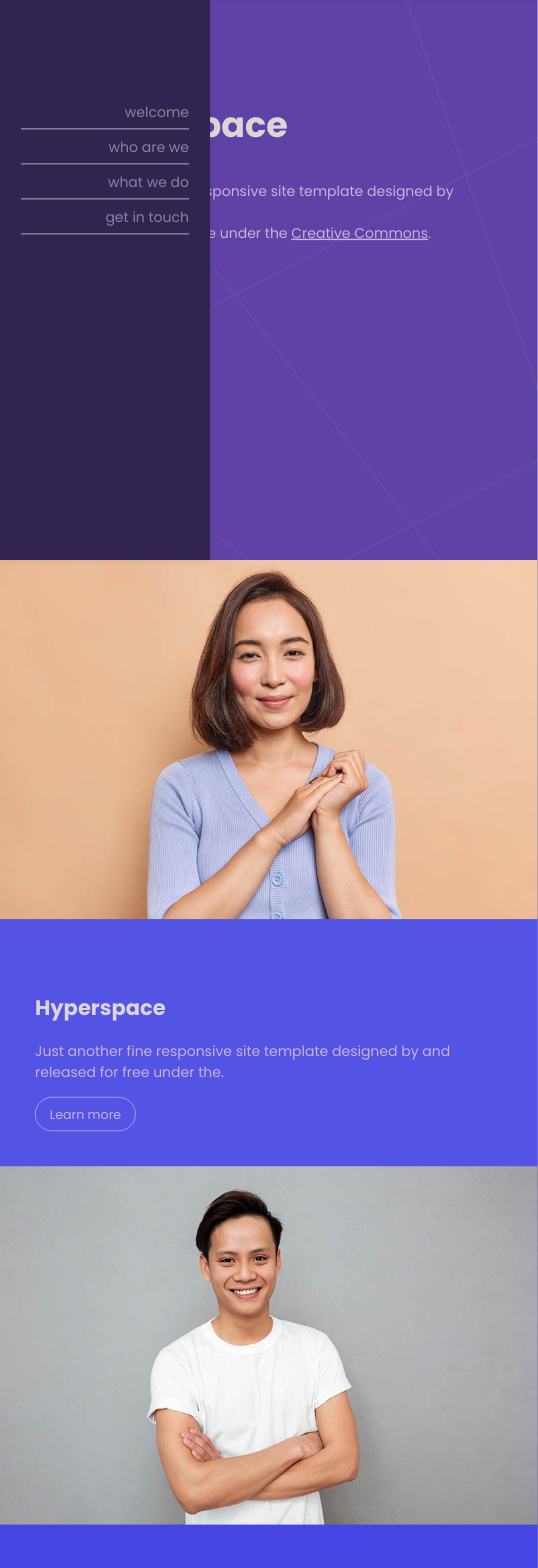
Repository: zai31/KIMIT_Tasks
Page: JsSession8/index.html
The author's editor kept a copy of each file at every save. The page is drawn from the files as they stood at one save, then again after a run of saves.
The browser window is 768 px wide. The pictures show the part of the page from y = 0 to 2240 px (the page is 6136 px tall before and 6206 px after), at 70% of full size.
Backgrounds fixed to the window are drawn as part of the page.

Above is the page before, as saved 2025-09-17 15:41:18.

### JsSession8/index.html
<!DOCTYPE html>
<html lang="en">
<head>
    <meta charset="UTF-8">
    <meta name="viewport" content="width=device-width, initial-scale=1.0">
    <link rel="stylesheet" href="./css/style.css">
	<link href="https://cdnjs.cloudflare.com/ajax/libs/font-awesome/6.5.2/css/all.min.css" rel="stylesheet">

    <title>Responsive</title>
</head>

<body>
    <section  class="flex-section">
        <div class="menu">
        <ul>
            <li><a href="#">welcome</a></li>
            <li><a href="#">who are we</a></li>
            <li><a href="#">what we do</a></li>
            <li><a href="#">get in touch</a></li>
        </ul>
</div>
<div class="section">
    <div class="content">
      <div class="intro">
							<h1>Hyperspace</h1>
							<p>Just another fine responsive site template designed by <a href="https://html5up.net">HTML5 UP</a><br>
							and released for free under the <a href="https://html5up.net/license">Creative Commons</a>.</p>
							<button>Learn more</button>

						</div>
    <div class="overview">
        <div class="s" style="background-color: rgb(83, 83, 228);">
           <img src="./images/1.jpg" alt="">

							<div ><h1>Hyperspace</h1>
                                <p>Just another fine responsive site template designed by
							and released for free under the.</p>
							<button>Learn more</button></div>
        </div>
        <div class="s" style="background-color: rgb(69, 69, 226);">
            <img src="./images/2.jpg" alt="">
							<div >
                                           	<h1>Hyperspace</h1>
<p>Just another fine responsive site template designed by
							and released for free under the.</p>
							<button>Learn more</button></div>
        </div>
        <div class="s" style="background-color: rgb(54, 54, 213);">
            <img src="./images/3.jpg" alt="">
							<div >
                                           	<h1>Hyperspace</h1>
<p>Just another fine responsive site template designed by
							and released for free under the.</p>
							<button>Learn more</button></div>
        </div>
    <div class="what">
							<h2 style="font-size: 30px;">What we do</h2>
							<p>Phasellus convallis elit id ullamcorper pulvinar. Duis aliquam turpis mauris, eu ultricies erat malesuada quis. Aliquam dapibus, lacus eget hendrerit bibendum, urna est aliquam sem, sit amet imperdiet est velit quis lorem.</p>
							<div class="features">
								<section style="border-radius:5px 0px 0px 0 ;">
									<span style="color: rgba(255, 255, 255, 0.759); font-size: 30px;" class="fa-solid fa-lock"></span>
									<h3 >Lorem ipsum amet</h3>
									<p>Phasellus convallis elit id ullam corper amet et pulvinar. Duis aliquam turpis mauris, sed ultricies erat dapibus.</p>
								</section>
								<section style="border-radius:0 5px 0px 0 ;">
									<span style="color: rgba(255, 255, 255, 0.759); font-size: 30px;" class="fa-solid fa-lock"></span>
									<h3>Aliquam sed nullam</h3>
									<p>Phasellus convallis elit id ullam corper amet et pulvinar. Duis aliquam turpis mauris, sed ultricies erat dapibus.</p>
								</section>
								<section>
									<span style="color: rgba(255, 255, 255, 0.759); font-size: 30px;" class="fa-solid  fa-cog"></span>
									<h3>Sed erat ullam corper</h3>
									<p>Phasellus convallis elit id ullam corper amet et pulvinar. Duis aliquam turpis mauris, sed ultricies erat dapibus.</p>
								</section>
								<section>
									<span style="color: rgba(255, 255, 255, 0.759); font-size: 30px;" class="fa-solid fa-desktop"></span>
									<h3>Veroeros quis lorem</h3>
									<p>Phasellus convallis elit id ullam corper amet et pulvinar. Duis aliquam turpis mauris, sed ultricies erat dapibus.</p>
								</section>
								<section style="border-radius:0 0px 0px 5px  ;">
									<span class="fa-solid fa-link" style="color: rgba(255, 255, 255, 0.759); font-size: 30px;"></span>
									<h3>Urna quis bibendum</h3>
									<p>Phasellus convallis elit id ullam corper amet et pulvinar. Duis aliquam turpis mauris, sed ultricies erat dapibus.</p>
								</section>
								<section style="border-radius:0 0px 5px 0 ;">
									<span class="fa-solid fa-gem" style="color: rgba(255, 255, 255, 0.759); font-size: 30px;" ></span>
									<h3>Aliquam urna dapibus</h3>
									<p>Phasellus convallis elit id ullam corper amet et pulvinar. Duis aliquam turpis mauris, sed ultricies erat dapibus.</p>
								</section>
							</div>
							<ul class="actions">
								<li style="list-style: none;"><a href="generic.html" class="button" style="text-decoration: none; color: thistle;">Learn more</a></li>
							</ul>

    </div>
                        </div>
	<div class="form">
		<h2 style="font-size: 30px;">Get in touch</h2>
							<p>Phasellus convallis elit id ullamcorper pulvinar. Duis aliquam turpis mauris, eu ultricies erat malesuada quis. Aliquam dapibus, lacus eget hendrerit bibendum, urna est aliquam sem, sit amet imperdiet est velit quis lorem.</p>
							<div class="formS"><form action="">
								<div class="fields">

								<div class="row">

									<div class="field">
										<label for="name">Name</label>
										<input type="text" name="name" id="name" />
									</div>
									<div class="field">
										<label for="email">Email</label>
										<input type="email" name="email" id="email" />
									</div></div>
									<div class="field">
										<label for="message">Message</label>
										<textarea name="message" id="message" rows="3"></textarea>
									</div>
								</div>
								<ul style="list-style: none;padding: 0px;" class="actions">
									<li><input type="submit" value="Send" /></li>
								</ul>
							</form>
							<div class="line"></div>
							<section>
								<ul style="list-style: none;" class="contact">
										<li>
											<h3>Address</h3>
											<span>12345 Somewhere Road #654<br>
											Nashville, TN 00000-0000<br>
											USA</span>
										</li>
										<li>
											<h3>Email</h3>
											<a href="#">user@untitled.tld</a>
										</li>
										<li>
											<h3>Phone</h3>
											<span>(000) 000-0000</span>
										</li>
										<li>
											<h3>Social</h3>
											<ul style="list-style: none; display: flex; padding: 0px;gap: 10px;" class="icons">
												<li><a href="#" class="fa-brands fa-twitter"><span class="label"></span></a></li>
												<li><a href="#" class="fa-brands fa-facebook"><span class="label"></span></a></li>
												<li><a href="#" class="fa-brands fa-github"><span class="label"></span></a></li>
												<li><a href="#" class="fa-brands fa-instagram"><span class="label"></span></a></li>
												<li><a href="#" class="fa-brands fa-linkedin-in"><span class="label"></span></a></li>
											</ul>
										</li>
									</ul>
							</section>

							</div>
	</div>
	<div class="footer">
					<ul style="list-style: none;color: rgba(240, 248, 255, 0.3);display:flex;gap: 10px;">
						<li >© Untitled. All rights reserved.</li>
						<li style="width: 1px; background-color: rgba(255, 255, 255, 0.253);height:16px;margin: auto 0;"></li>
						<li>Images: <a style="text-decoration: none;color: rgba(255, 255, 255, 0.253);" href="http://unsplash.com">Unsplash</a></li>
						<li style="width: 1px; background-color: rgba(255, 255, 255, 0.253);height:16px;margin: auto 0;"></li>

						<li>Design: <a  style="text-decoration: none;color: rgba(255, 255, 255, 0.253);"href="https://html5up.net">HTML5 UP</a></li>
					</ul>
				</div>
							</div>
                        </div>

                    </section>
</body>
</html>

### JsSession8/CSS/style.css
@import url("https://fonts.googleapis.com/css2?family=Poppins:ital,wght@0,100;0,200;0,300;0,400;0,500;0,600;0,700;0,800;0,900;1,100;1,200;1,300;1,400;1,500;1,600;1,700;1,800;1,900&display=swap");

* {
    box-sizing: border-box;
    font-family: "Poppins", sans-serif;
}

:root {
    --sidebar-color: #312450;
    --primary-color: #5e42a6;
    --secondary-color: #b74e91;
    --section-bg-color: #c7b2dc;
    --dark-color: #000000;
    --navbar-bg-color: #273053;
    --p-color: #717275;
    --highlight-icon-color: #ff0100;
    --main-transition: 0.5s all ease-in-out;
}


html,
body {
    height: 100%;
    margin: 0;
    padding: 0;
}

.flex-section {
    display: flex;
    flex-direction: row;

}

/*side bar*/
.flex-section .menu {
    min-height: 100vh;
    /* ensures sidebar spans at least the full screen */
    height: auto;
    /* lets it grow with content */
    width: 300px;
    top: 0;
    left: 0;
    position: fixed;
    background-color: var(--sidebar-color);
    padding: 145px 30px;
    box-shadow: 0 0 10px rgba(0, 0, 0, 0.1);
}



.flex-section .menu ul {
    list-style: none;
    padding: 0;
    margin: 0;
    text-align: right;
}

.flex-section .menu ul li {
    margin-bottom: 10px;
    font-size: 20px;
    position: relative;
    /* needed for ::after positioning */
    padding-bottom: 10px;
}

.flex-section .menu ul li a {
    text-decoration: none;
    color: #8b82a1;

}

.flex-section .menu ul li::after {
    content: "";
    position: absolute;
    left: 0;
    bottom: 0;
    width: 100%;
    /* stick to the bottom */
    height: 2px;
    background-color: #8b82a1;
    /* thickness of underline */
    transition: width 0.3s ease;
}

/*use js*/
.flex-section .menu ul li a:hover::after {
    width: 100%;
    /* expand underline on hover */
}


.flex-section .menu ul li a:hover {
    color: #b5b8bf;
}

.flex-section .menu ul li a:active {
    color: #5e42a6;
}

.flex-section .menu ul li a:active::after {
    background: linear-gradient(to right, #4b0082, #8b00ff, #981196);
}

/*****respponsive *****/
@media screen and (max-width: px) {
  .flex-section {
    flex-direction: column; /* stack menu on top */
  }

  .flex-section .menu {
    position: relative;   /* no longer fixed on side */
    width: 100%;
    height: auto;
    min-height: auto;
    padding: 20px;
    display: flex;
    justify-content: center;
    align-items: center;
  }

  .flex-section .menu ul {
    display: flex;
    flex-direction: row;
    justify-content: center;
    gap: 20px;
    text-align: center;
    width: 100%;
  }

  .flex-section .menu ul li {
    margin: 0;
    padding: 0;
  }

  .flex-section .section {
    padding-left: 0;
  }
}

/**************content*************/

/*content first section */
.flex-section .section {
    flex: 1;
    background-color: var(--section-bg-color);
    background-attachment: fixed;
    background-image: url("../assets/css/images/Screenshot\ 2025-09-15\ 075920.png");
    background-position: top right;
    background-repeat: no-repeat;
    background-size: 100% 100%;
    padding-left: 300px;
}

.flex-section .section .content {
    display: flex;
    flex-direction: column;
    width: 100%;
}

.flex-section .section .content .intro {
    padding: 100px;
    width: 100%;
    height: 100vh;
}

.flex-section .section .content .intro h1 {
    color: rgb(221, 213, 213);
    font-size: 50px;
}

.flex-section .section .content .intro p,
.flex-section .section .content .intro a {
    color: var(--section-bg-color);
    font-size: 20px;
}

.flex-section .section .content .intro a:hover {
    color: #fefefe;
    text-decoration: none;
}

.flex-section .section .content .intro button {
    color: var(--section-bg-color);
    background-color: transparent;
    border: 1px solid var(--section-bg-color);
    padding: 10px 20px;
    border-radius: 25px;
    cursor: pointer;
    text-decoration: none;
    font-size: 18px;
}

.flex-section .section .content .intro button:hover {
    background-color: #6f54b6;
}




/*content second section */

.flex-section .section .content .overview .s {
    display: flex;
    flex-direction: row;
    align-items: center;
    gap: 30px;
}

.flex-section .section .content .overview .s h1 {
    color: rgb(221, 213, 213);
    font-size: 30px;
}

.flex-section .section .content .overview .s p {
    color: var(--section-bg-color);
    font-size: 20px;
}

.flex-section .section .content .overview .s button {
    color: var(--section-bg-color);
    background-color: transparent;
    border: 1px solid var(--section-bg-color);
    padding: 10px 20px;
    border-radius: 25px;
    cursor: pointer;
    text-decoration: none;
    font-size: 18px;
}

.flex-section .section .content .overview .s button:hover {
    background-color: rgb(77, 77, 246);
}

.flex-section .section .content .overview .s img {
    width: 40%;
}

/**responsive**/
@media screen and (min-width: 425px) and (max-width: 768px) and (orientation: portrait) {

    .flex-section .section {
        padding-left: 0; /* remove left offset since sidebar is gone */
    }
   .flex-section .section .content .overview .s {
        display: flex;
        flex-direction: column;
    }
    .flex-section .section .content .overview .s div {
        padding: 50px;
    }

    .flex-section .section .content .overview .s img {
        width: 100%;
    }

}

/*what section*/

.flex-section .section .content .what {
    padding: 50px;
    width: 100%;
    background-color: var(--secondary-color);
}

.flex-section .section .content .what h3,
.flex-section .section .content .what h2 {
    color: rgb(221, 213, 213);
    font-size: 20px;
}
.flex-section .section .content .what p {
    color: #e0cee1;
    font-size: 15px;
}

.flex-section .section .content .what .features{
    display: flex;
    flex-direction: row;
    flex-wrap: wrap;
    background-color: #be5698;


}
.flex-section .section .content .what .features section {
 flex: 1 1 50%;     /* grow/shrink, ~half width with gap */
 border: 0.5px solid rgba(255, 255, 255, 0.248);
 box-sizing: border-box;
 padding: 30px;

}
.flex-section .section .content .what .actions {
   color: var(--section-bg-color);
    background-color: transparent;
    border: 1px solid var(--section-bg-color);
    padding: 10px 20px;
    border-radius: 25px;
    cursor: pointer;
    text-decoration: none;
    font-size: 18px;
    width: 150px;
}

 .what .actions:hover {
    background-color: rgb(212, 107, 177);
}
.features section span,
.features section h3 {
  display: inline-block;
  vertical-align: middle;
  margin: 0 5px;
}
 @media screen and (min-width: 425px) and (max-width: 768px) and (orientation: portrait) {

.flex-section .section .content .what .features section {
 flex: 1 1 100%;     /* grow/shrink, full width with gap */

}

 }
/*form*/

.form {
    padding: 50px;
    width: 100%;
    background-color: var(--primary-color);

}
.form .formS
{
   display: flex;
   flex-direction: row;
}
.form h2 {
    color: rgba(221, 213, 213, 0.873);
    font-size: 30px;
}
.form p {
    color: #e0cee19d;
    font-size: 15px;
}
 .fields {
    display: flex;
    flex-direction: row;
    flex-wrap: wrap;
    width: 80%;
    border-radius: 10px;
    height: 80%;
    gap: 20px;
}

.field {
  display: flex;
  flex-direction: column;
  flex: 1; /* make name and email share equal width */
}
.field input, .field textarea{
    background-color: transparent;
    border: 1px solid #e0cee127;
    border-radius: 5px;
    cursor: pointer;
    text-decoration: none;
    font-size: 18px;
    color: #e0cee19d;
}
.field label {
    color: #e0cee19d;
    font-size: 17px;
}
.contact-info {
  flex: 1; /* right side column */
  color: #e0cee19d;
}

.form .fields .row {
    display: flex;
    flex-direction: row;
    flex-wrap: wrap;
    width: 100%;
    gap: 20px;}

    .field textarea
    {
        height: 200px;
    }
.line {
    width: 2px;
    background-color:#ffffff28; /* or border-left: 1px solid #e0cee127; */
    margin: 0 15px; /* spacing from form and contact info */
    align-self: stretch; /* makes it fill the full height of the flex container */
}
.formS .contact{
    width: 100%;
}
.formS .contact h3 {
    color: rgba(221, 213, 213, 0.873);
    font-size: 20px;
}
.formS .contact span {
    color: #e0cee19d;
    font-size: 15px;
}
.formS .actions input
{
    color: var(--section-bg-color);
    background-color: transparent;
    border: 1px solid var(--section-bg-color);
    padding: 10px 20px;
    border-radius: 25px;
    cursor: pointer;
    text-decoration: none;
    font-size: 16px;
    width: 140px;
    list-style: none;
}
 @media screen and (min-width: 425px) and (max-width: 768px) and (orientation: portrait) {

.form .formS
{
   display: flex;
   flex-direction: column;
}
 .line {
    width: 100%;          /* full width */
    height: 2px;          /* thin horizontal */
    background-color:#ffffff28;
    margin: 20px 0;       /* space above and below */
  }


 }

.footer
{
    padding: 50px;
    width: 100%;
    height: 140px;
    background-color:#413167;
}

After the next 3 saves:
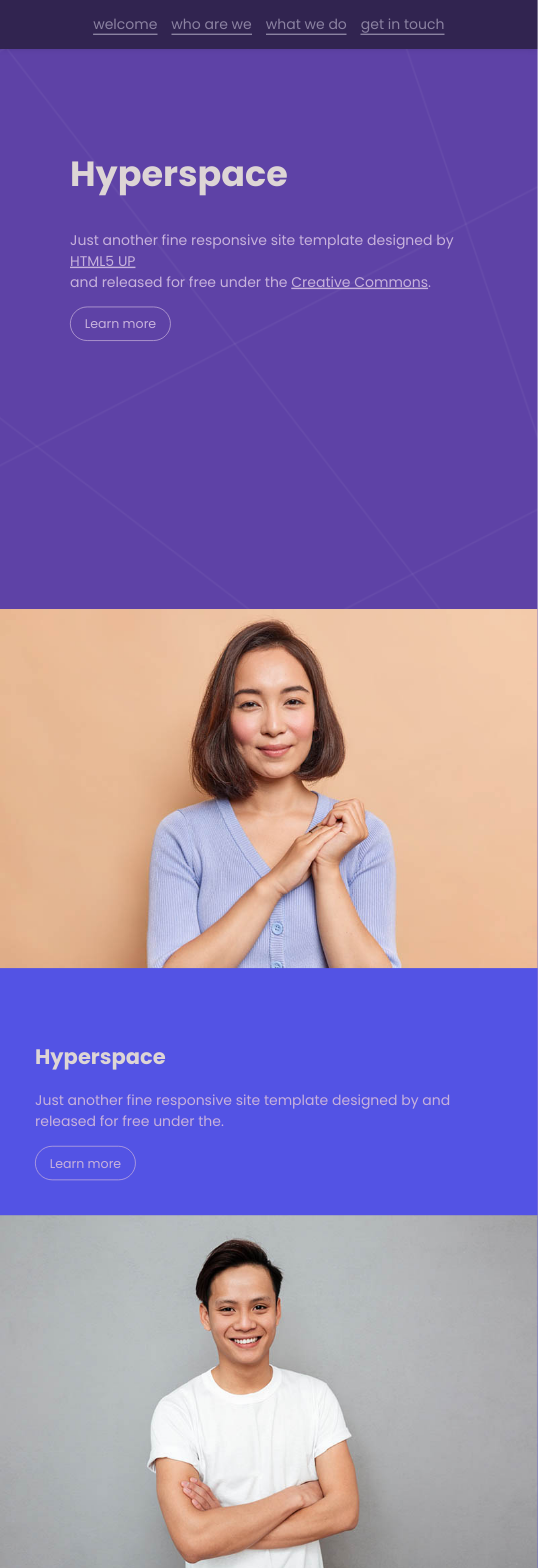
The 3 saves are shown as one change because they came seconds apart.
The last was saved 9 s later.
--- a/JsSession8/CSS/style.css
+++ b/JsSession8/CSS/style.css
@@ -102,7 +102,7 @@ body {
 }
 
 /*****respponsive *****/
-@media screen and (max-width: px) {
+@media screen and (max-width: 768px) {
   .flex-section {
     flex-direction: column; /* stack menu on top */
   }
